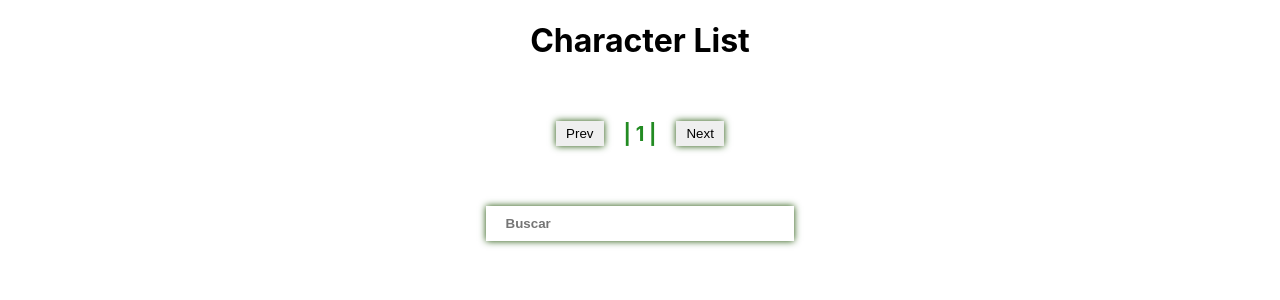
Repository: DanielVegaf/rick-and-morty-api
Page: /
These files come from the project's save history. The page is drawn as it stood at one moment and after the next save; the edit follows.
The browser window is 1280 px wide. The pictures show the whole page.
The page's requests for data from a server got no answer. The project was rebuilt for these pictures with package versions that can differ from the ones it lists, and the page was loaded fresh each time. No one was signed in, and anything a server would have sent is missing. Also part of the build but not shown: vite.config.js, src/components/characterDetails/CharacterDetails.jsx.

Above is the page before, as saved 2022-07-11 11:45:21.

After the next save:
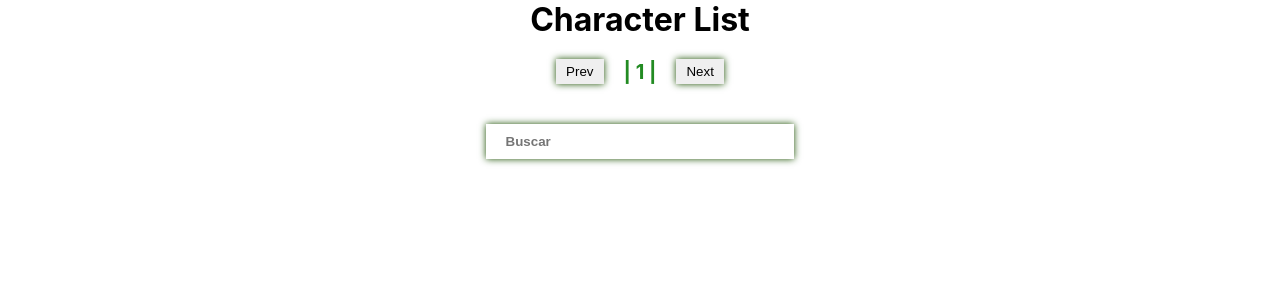
Saved 80 s later.
--- a/src/App.css
+++ b/src/App.css
@@ -1,3 +1,7 @@
+*{
+  margin: 0;
+}
+
 .App {
   display: flex;
   flex-direction: column;
@@ -7,7 +11,6 @@
 
 .container{
   width: 70%;
-  /* background-color: forestgreen; */
 }
 
 .buttons{

After the save that followed:
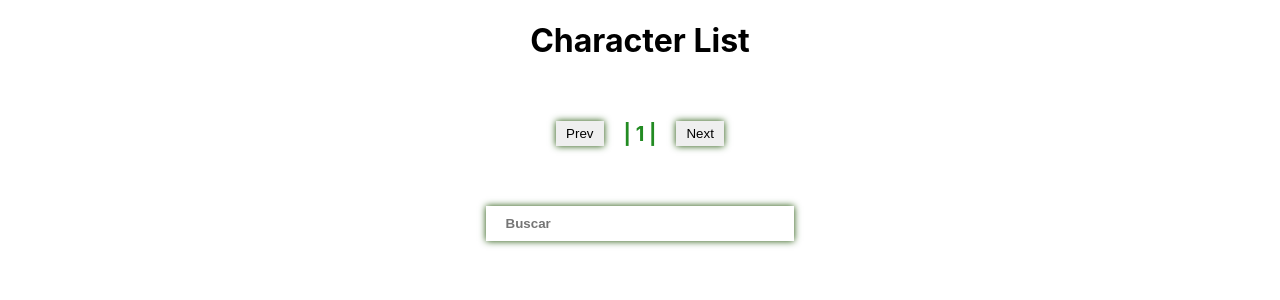
Saved 5 s later.
--- a/src/App.css
+++ b/src/App.css
@@ -1,6 +1,4 @@
-*{
-  margin: 0;
-}
+*{}
 
 .App {
   display: flex;
